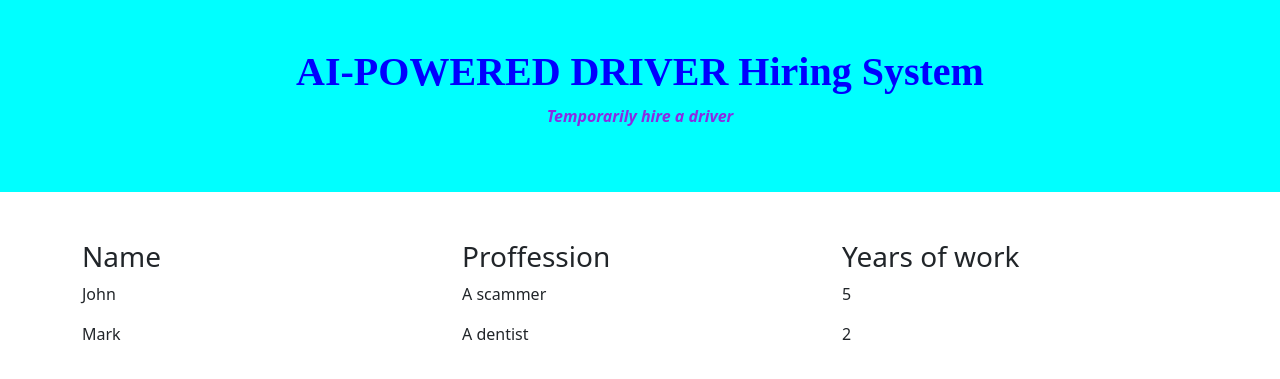
Repository: Wuda2000/AI-powered-Driver-hiring-system
Page: ONE.html
These files come from the project's save history. The page is drawn as it stood at one moment and after the next save; the edit follows.
The browser window is 1280 px wide. The pictures show the whole page.

Above is the page before, as saved 2024-12-23 22:29:44.

### ONE.html
<!DOCTYPE html>
<html lang="en">
<head>
  <title>Bootstrap 5 Example</title>
  <meta charset="utf-8">
  <meta name="viewport" content="width=device-width, initial-scale=1">
  <link href="https://cdn.jsdelivr.net/npm/bootstrap@5.3.3/dist/css/bootstrap.min.css" rel="stylesheet">
  <script src="https://cdn.jsdelivr.net/npm/bootstrap@5.3.3/dist/js/bootstrap.bundle.min.js"></script>
</head>
<body>


    <div class="container-fluid p-5 text-white text-center" style="background-color: aqua;">
        <h1 style="color: blue; font-family:'Times New Roman', Times, serif; " ><b>AI-POWERED DRIVER Hiring System</b></h1>
        <p style="color: blueviolet;font-style:italic;"><b>Temporarily hire a driver</b></p>
      </div>

      <div class="container mt-5">
        <div class="row">
          <div class="col-sm-4">
            <h3>Name</h3>
            <p>John</p>
            <p>Mark</p>
          </div>
          <div class="col-sm-4">
            <h3>Proffession</h3>
            <p>A scammer</p>
            <p>A dentist</p>
          </div>
          <div class="col-sm-4">
            <h3>Years of work</h3>
            <p>5</p>
            <p>2</p>
          </div>
        </div>
      </div>
</body>
</html>

After the next save:
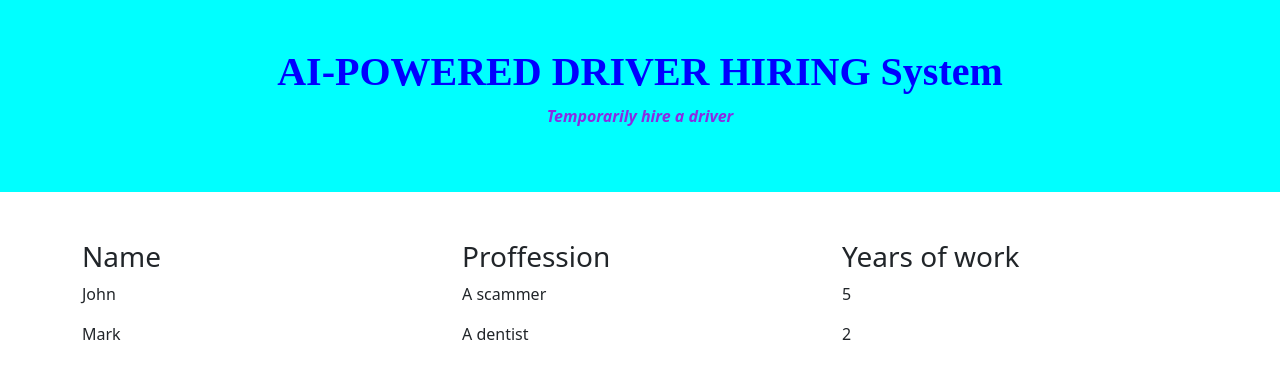
Saved 5 s later.
--- a/ONE.html
+++ b/ONE.html
@@ -11,7 +11,7 @@
 
 
     <div class="container-fluid p-5 text-white text-center" style="background-color: aqua;">
-        <h1 style="color: blue; font-family:'Times New Roman', Times, serif; " ><b>AI-POWERED DRIVER Hiring System</b></h1>
+        <h1 style="color: blue; font-family:'Times New Roman', Times, serif; " ><b>AI-POWERED DRIVER HIRING System</b></h1>
         <p style="color: blueviolet;font-style:italic;"><b>Temporarily hire a driver</b></p>
       </div>
 
